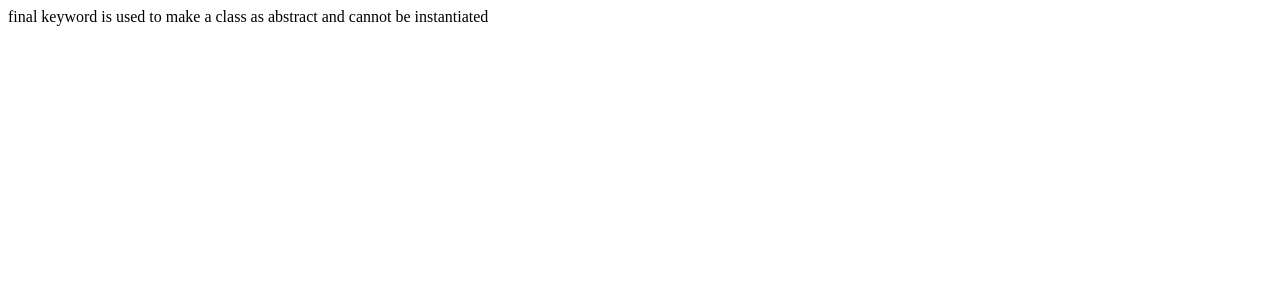
Repository: labib108/ostad-php
Page: http://localhost/D6/finalKeyword.php
The author's editor kept a copy of each file at every save. The page is drawn from the files as they stood at one save, then again after the next save.
The browser window is 1280 px wide. The pictures show the whole page.
The page is run by PHP 8.4 with error messages shown; the project is at /var/www/html/.

Above is the page before, as saved 2023-03-15 11:37:54.

After the next save:
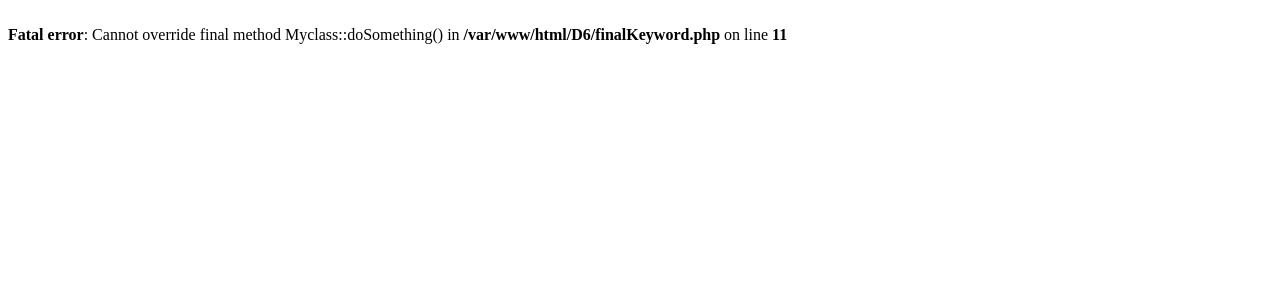
Saved 14 s later.
--- a/D6/finalKeyword.php
+++ b/D6/finalKeyword.php
@@ -8,7 +8,10 @@
 
     }
     class shareClass extends Myclass{
-
+        final function doSomething()
+        {
+            echo "final keyword is used to make a class as abstract and cannot be instantiated";
+        }
     }
 
     $a = new shareClass();

After the save that followed:
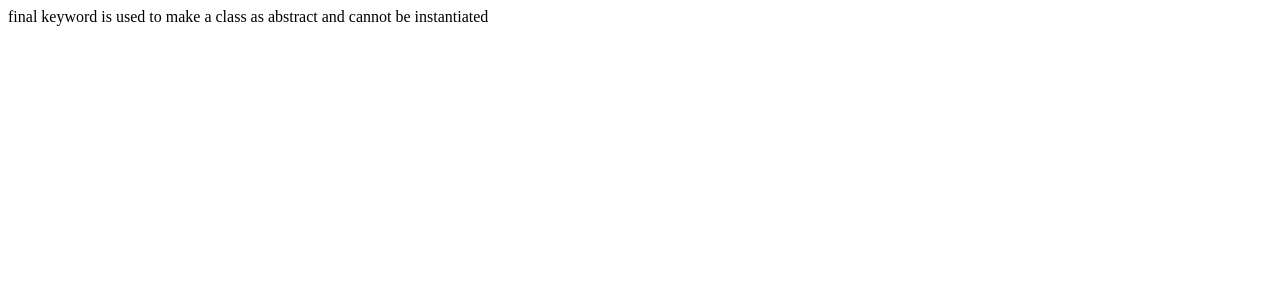
Saved 13 s later.
--- a/D6/finalKeyword.php
+++ b/D6/finalKeyword.php
@@ -8,10 +8,10 @@
 
     }
     class shareClass extends Myclass{
-        final function doSomething()
-        {
-            echo "final keyword is used to make a class as abstract and cannot be instantiated";
-        }
+        // final function doSomething()
+        // {
+        //     echo "final keyword is used to make a class as abstract and cannot be instantiated";
+        // }
     }
 
     $a = new shareClass();
